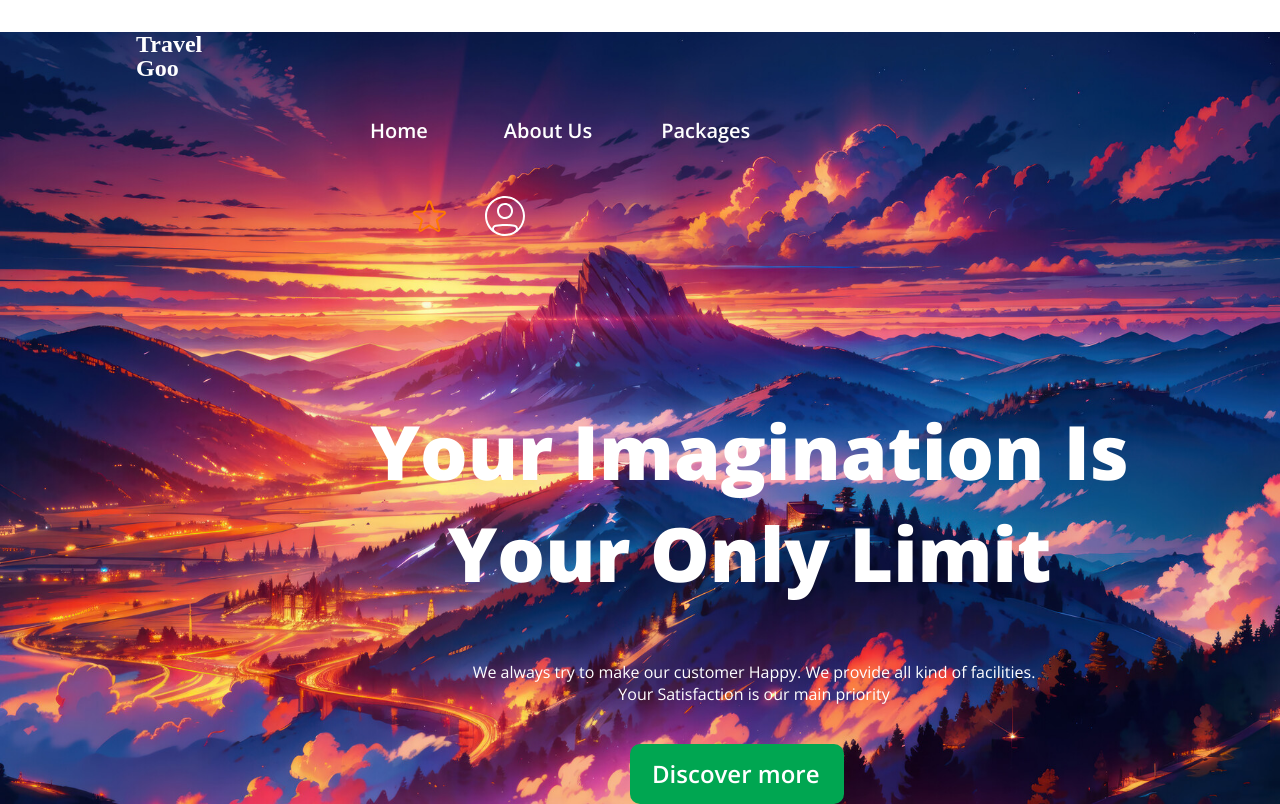
Repository: HeybetzadeQedim/task-3
Page: index.html
These files come from the project's save history. The page is drawn as it stood at one moment and after the next save; the edit follows.
The browser window is 1280 px wide. The pictures show the whole page.
Some web fonts or font styles are not loaded; a fallback is used.

Above is the page before, as saved 2023-10-07 13:40:57.

After the next save:
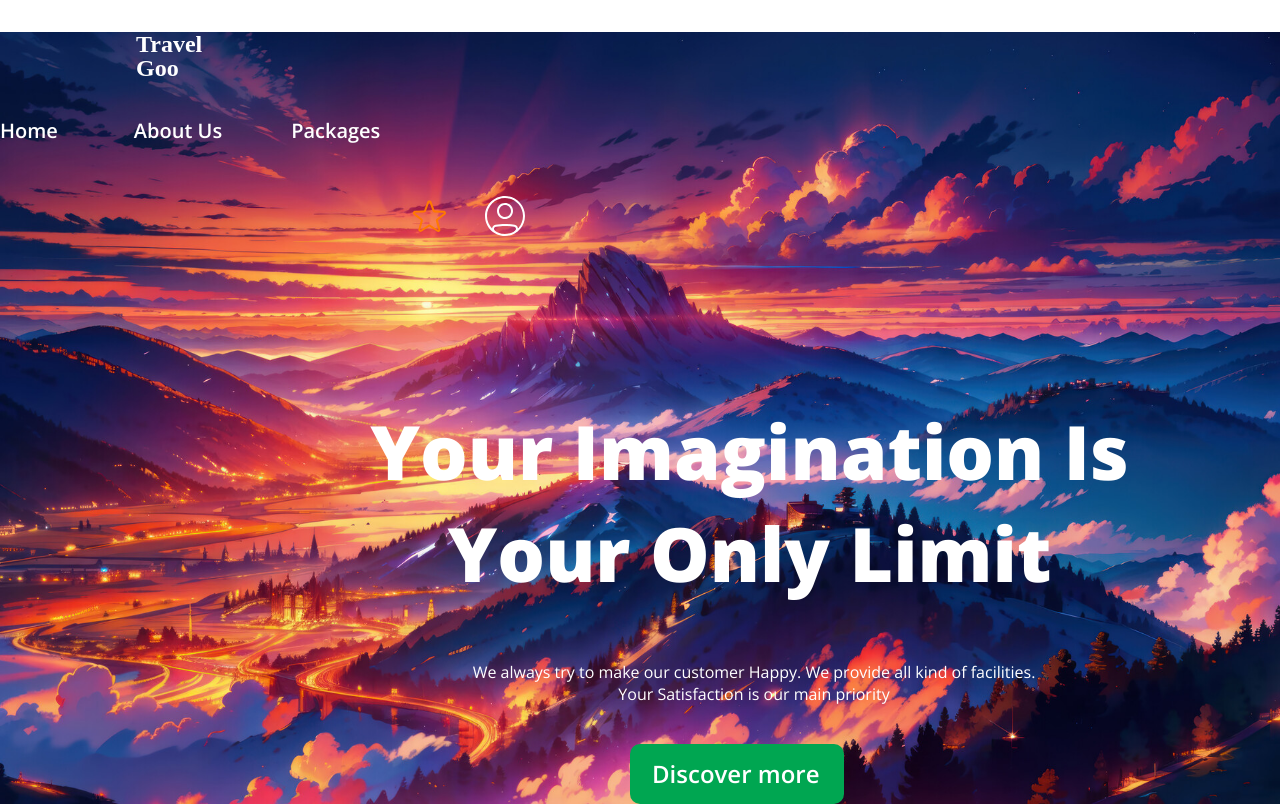
Saved 5 s later.
--- a/index.css
+++ b/index.css
@@ -21,7 +21,7 @@
 }
 ul {
   display: flex;
-  margin-left: 370px;
+  /* margin-left: 370px; */
   margin-top: 36px;
 }
 ul li:nth-child(2) {
